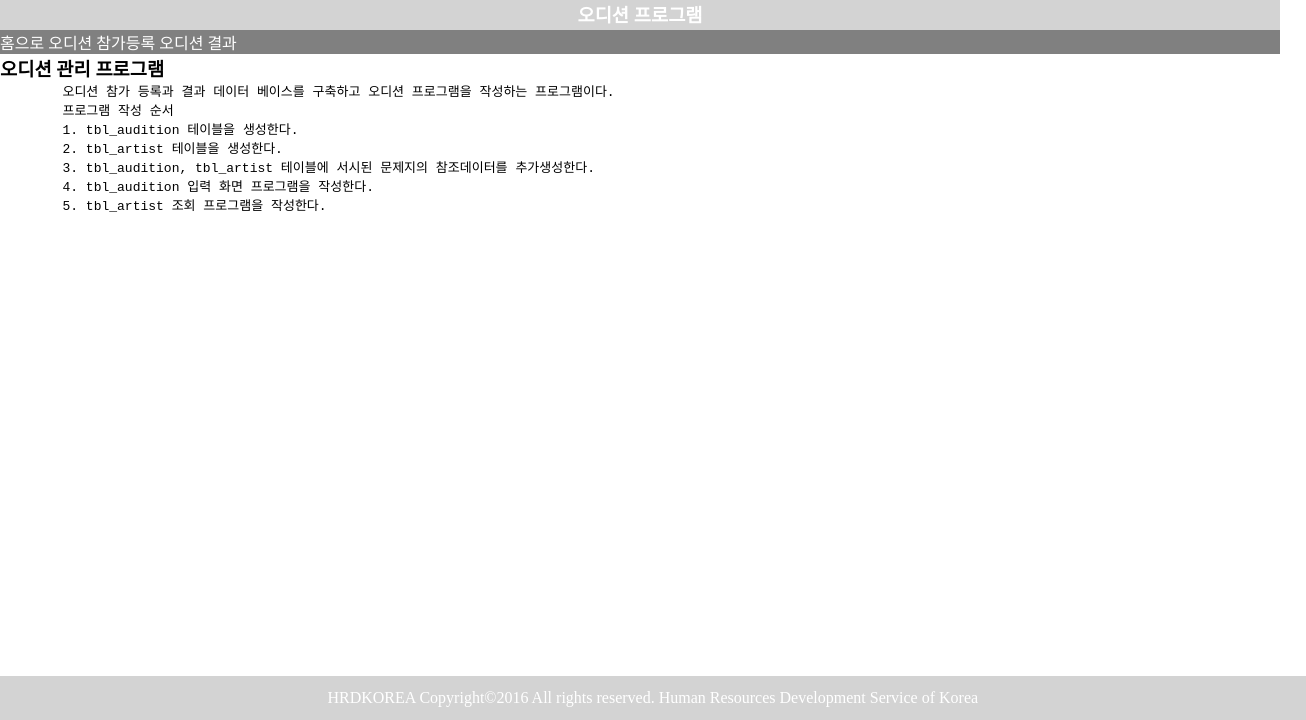
Repository: jieun000/Craftsman_Information_Processing
Page: http://localhost/Test/main.jsp
An editor plug-in stored every save of this project. The page is shown before and after a run of saves, followed by the edit.
The browser window is 1280 px wide. The page is 1306 px wide, so the pictures cover 1306 px, including what lies to the right of the window. The pictures show the whole page.
The page is served by Tomcat 9.

Above is the page before, as saved 2023-09-06 01:11:49.

After the next 2 saves:
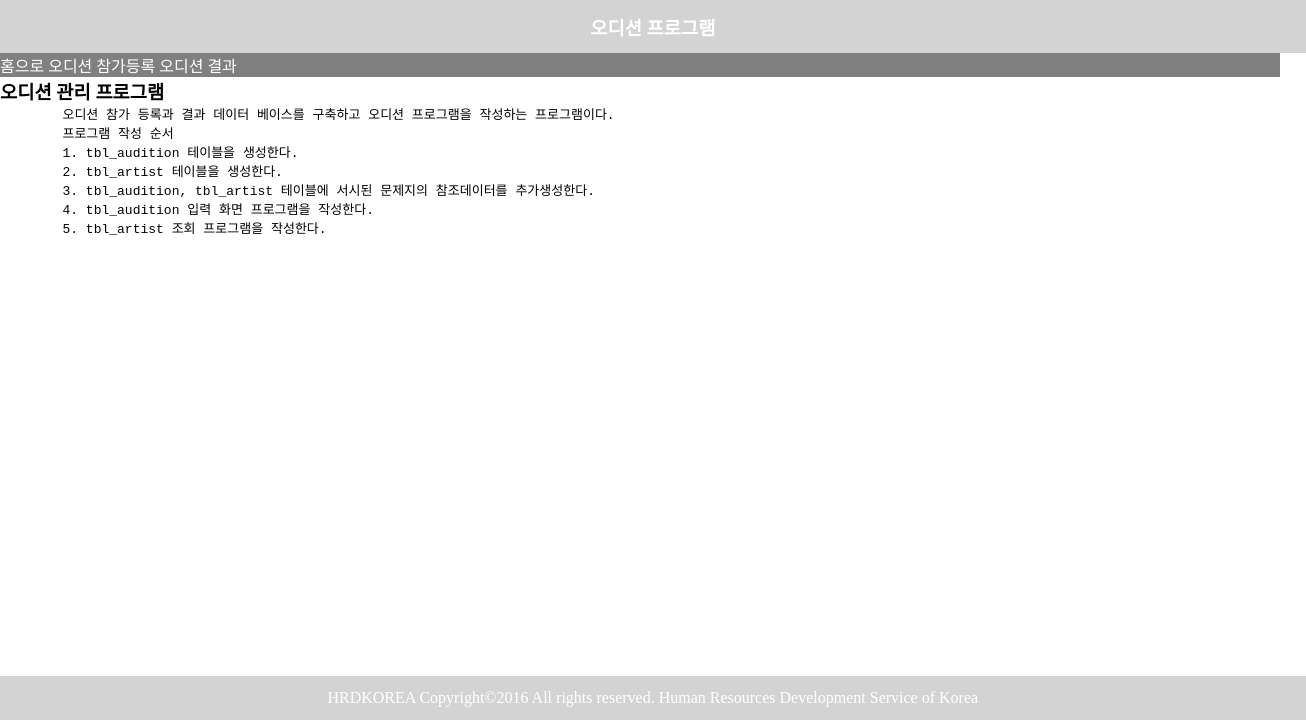
The 2 saves are shown as one change because they came seconds apart.
The last was saved 12 s later.
--- a/02_study/Test/src/main/webapp/main.jsp
+++ b/02_study/Test/src/main/webapp/main.jsp
@@ -11,7 +11,7 @@
 </style>
 </head>
 <body>
-	<header style="background: lightgray; color: white; text-align: center; width: 100%; height: 30px;">
+	<header style="background: lightgray; color: white; text-align: center; width: 100%; padding: 1%;">
 		<h3>오디션 프로그램</h3>
 	</header>
 	<nav style="background: gray;">
